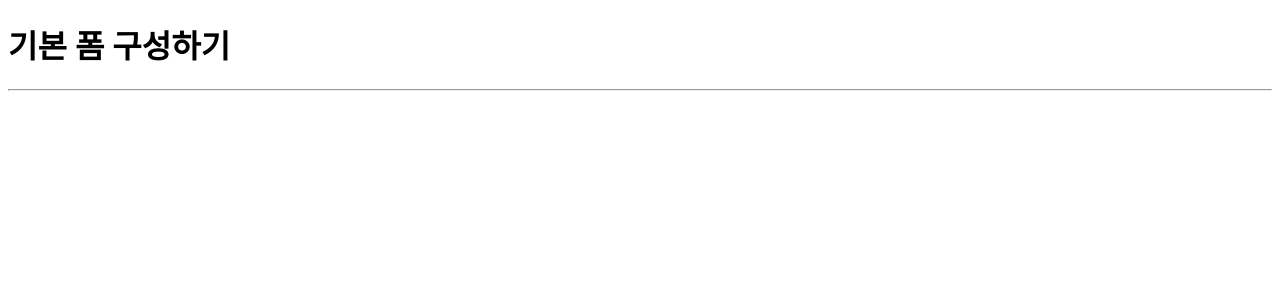
Repository: Umkimisstrong/UM_Webbb
Page: BootstrapApp/WebContent/BootEx06.html
These files come from the project's save history. The page is drawn as it stood at one moment and after the next save; the edit follows.
The browser window is 1280 px wide. The pictures show the whole page.

Above is the page before, as saved 2022-05-16 03:27:47.

After the next save:
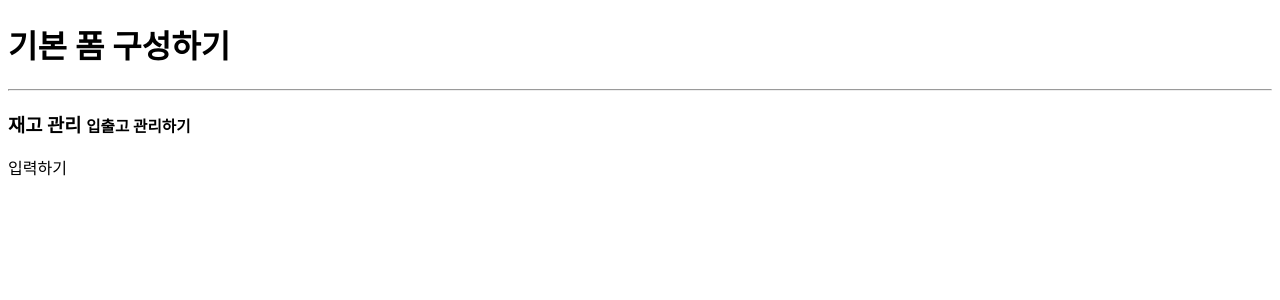
Saved 41 s later.
--- a/BootstrapApp/WebContent/BootEx06.html
+++ b/BootstrapApp/WebContent/BootEx06.html
@@ -13,7 +13,18 @@
 
 
 <div id="content">
+	<h3>재고 관리 <small>입출고 관리하기</small></h3>
 
+	<form action="">
+
+		<div>
+			<label for="">입력하기</label>
+
+			<div class="input-group">
+			</div>
+		</div>
+
+	</form>
 </div>
 
 
